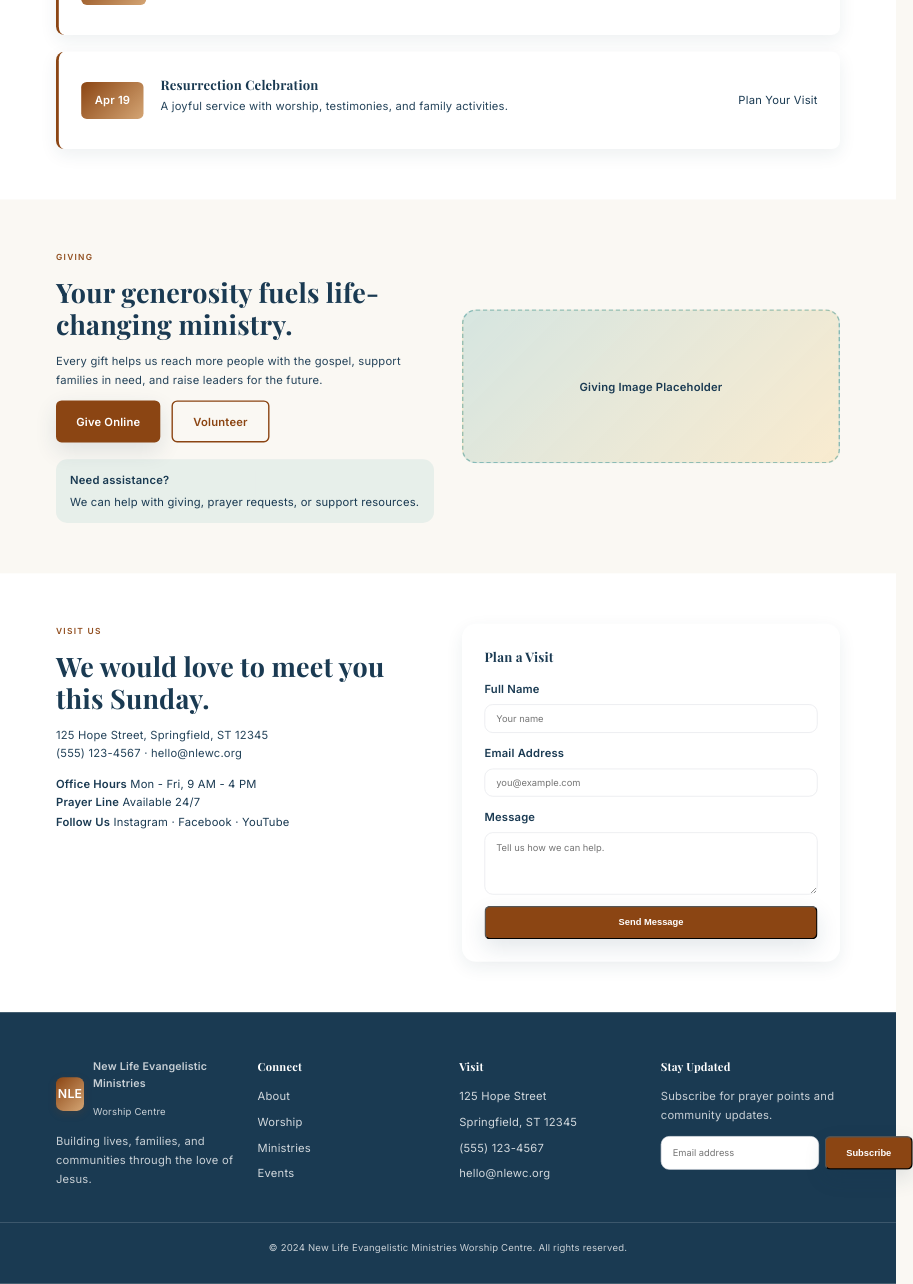
Repository: bilaal441/church
Page: index.htm
The author's editor kept a copy of each file at every save. The page is drawn from the files as they stood at one save, then again after the next save.
The browser window is 1280 px wide. The page is 1304 px wide, so the pictures cover 1304 px, including what lies to the right of the window. The pictures show the part of the page from y = 3870 to 5750 px (the page is 5704 px tall before and 5750 px after), at 70% of full size.

Above is the page before, as saved 2026-01-19 22:10:36.

After the next save:
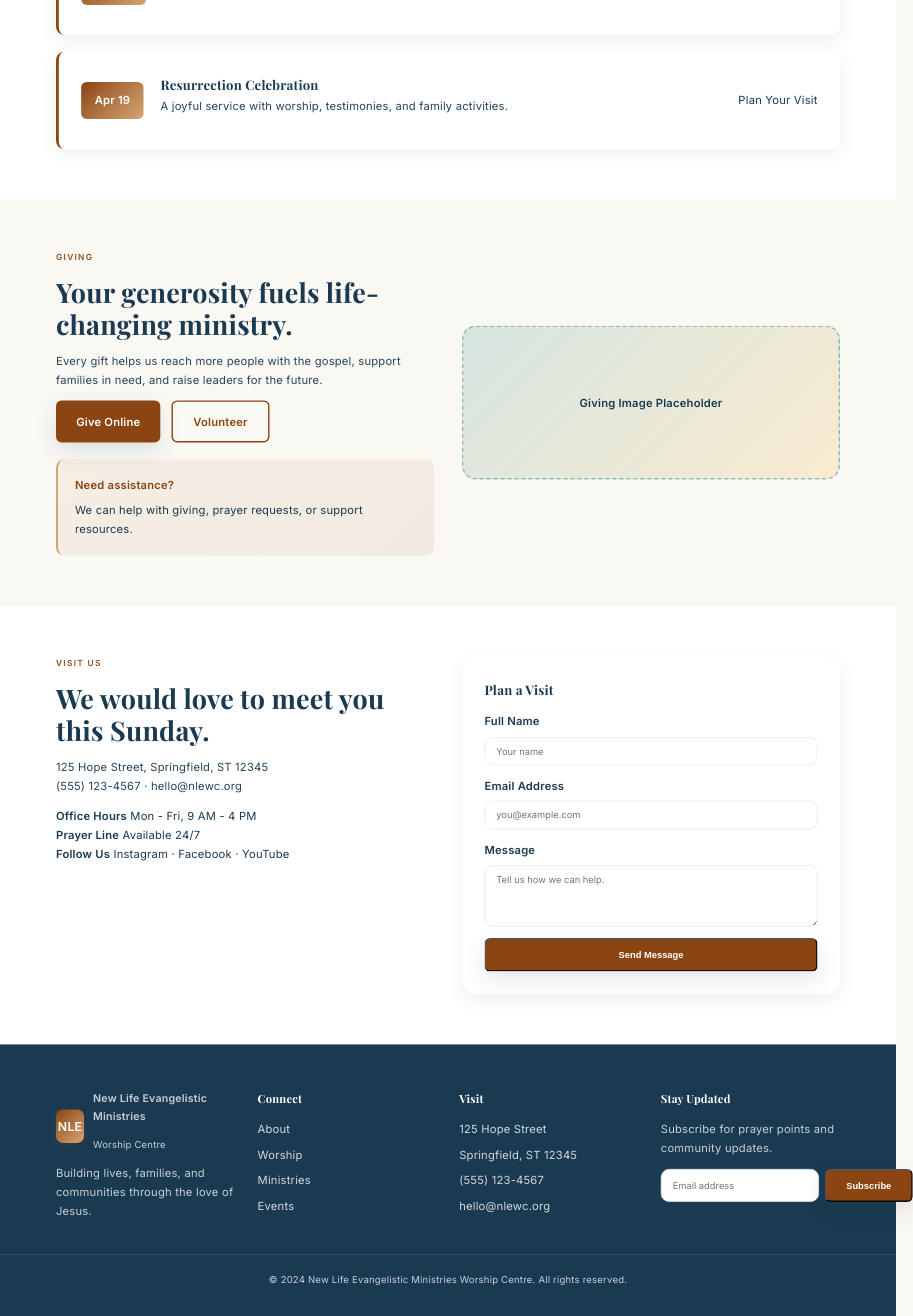
Saved 5 s later.
--- a/style.css
+++ b/style.css
@@ -408,15 +408,16 @@
 
 .giving-note {
   margin-top: 1.5rem;
-  background: rgba(15, 123, 123, 0.08);
-  padding: 1rem 1.25rem;
-  border-radius: 16px;
-  display: grid;
-  gap: 0.3rem;
+  background: linear-gradient(135deg, rgba(212, 165, 116, 0.12), rgba(139, 69, 19, 0.08));
+  padding: 1.5rem;
+  border-radius: 12px;
+  display: grid;
+  gap: 0.5rem;
+  border-left: 3px solid var(--gold);
 }
 
 .giving-note strong {
-  color: var(--navy);
+  color: var(--burgundy);
 }
 
 .contact {
